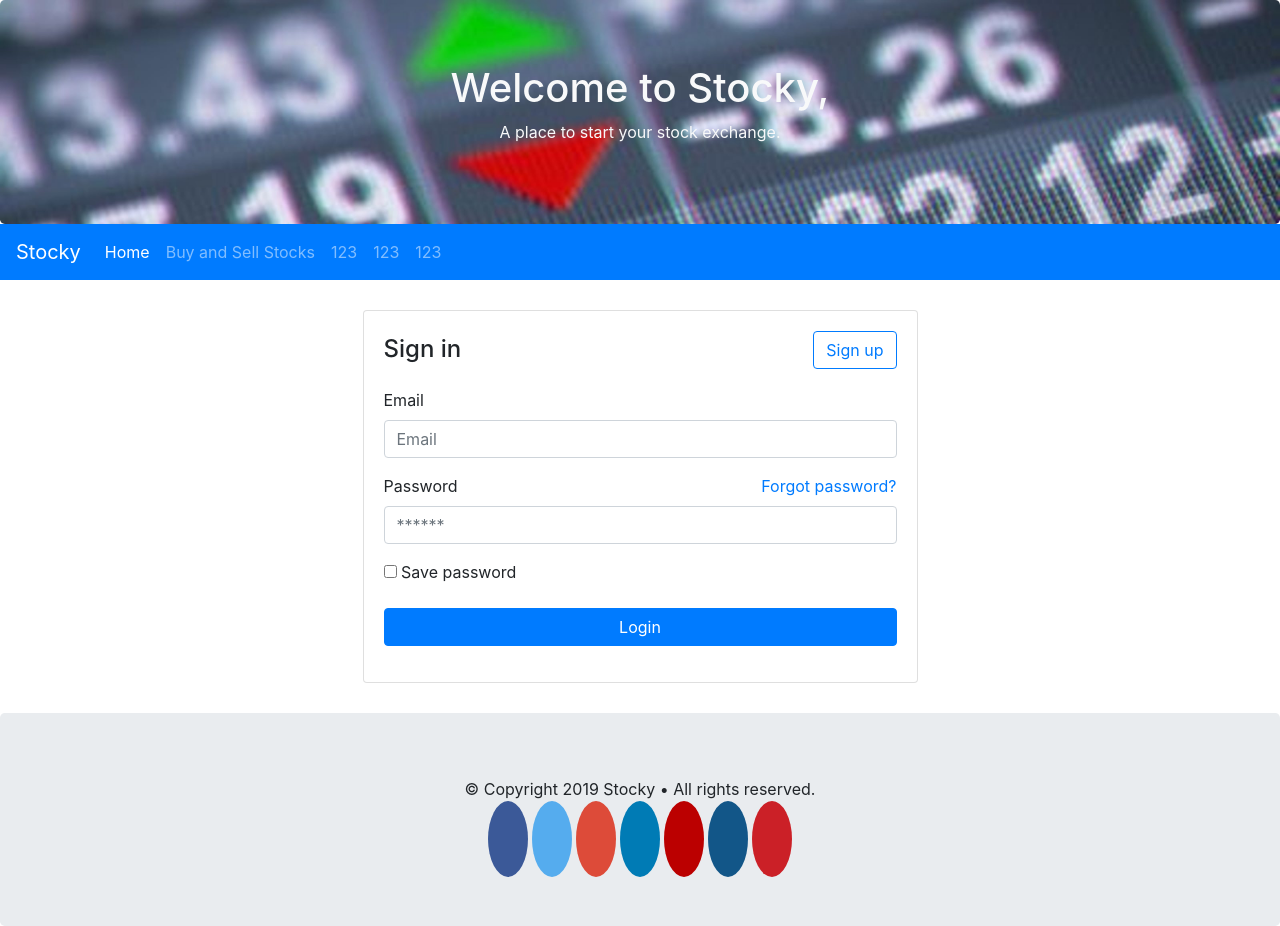
Repository: madfufuu/stocky
Page: http://localhost/stocky/
The author's editor kept a copy of each file at every save. The page is drawn from the files as they stood at one save, then again after the next save.
The browser window is 1280 px wide. The pictures show the whole page.
The page is served by Tomcat 9.

Above is the page before, as saved 2019-11-27 23:15:30.

After the next save:
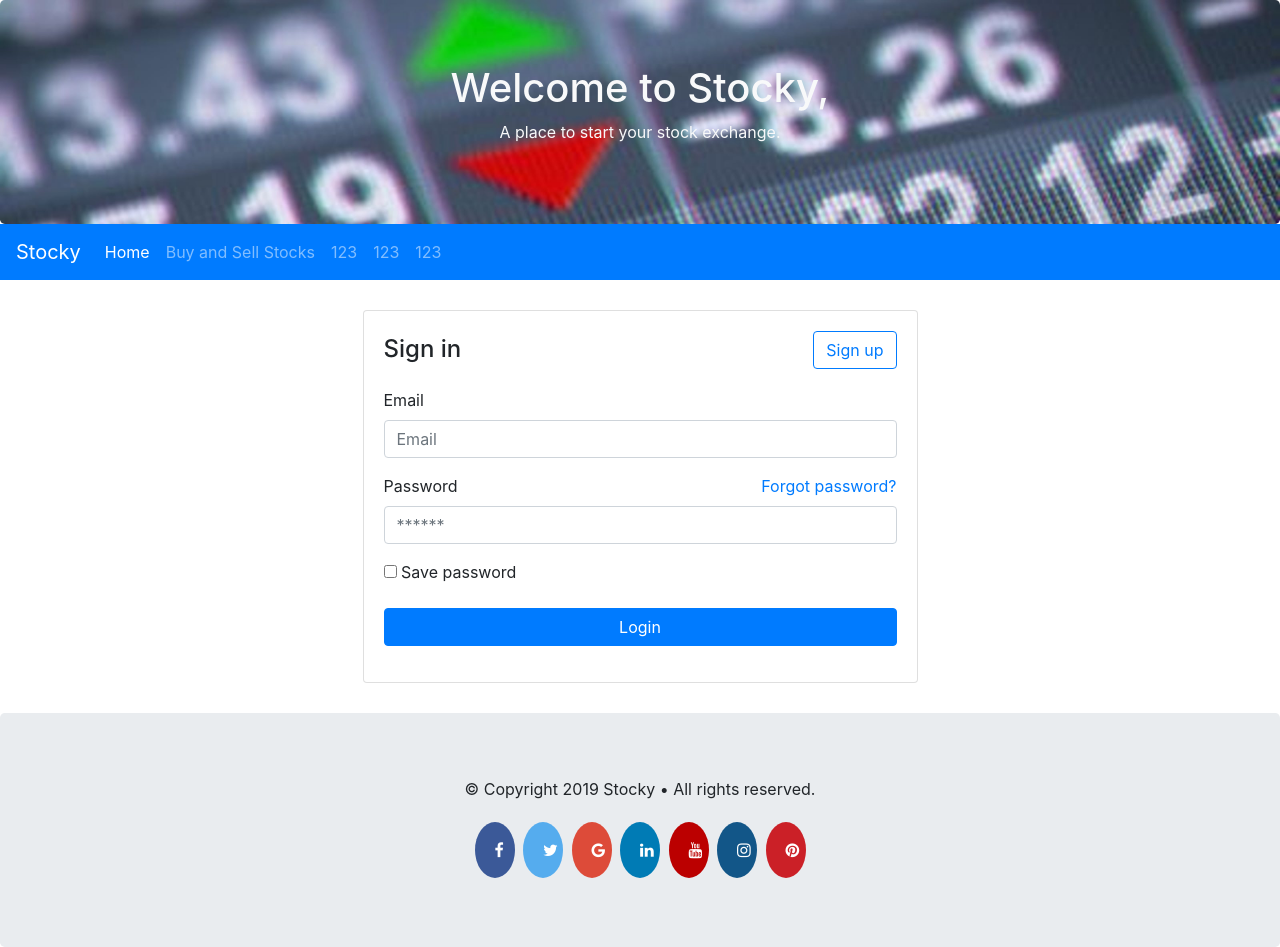
Saved 46 s later.
--- a/stocky-new-master/stocky/WebContent/index.jsp
+++ b/stocky-new-master/stocky/WebContent/index.jsp
@@ -10,6 +10,7 @@
 	<!-- Bootstrap CSS -->
 	<link rel="stylesheet" href="https://stackpath.bootstrapcdn.com/bootstrap/4.3.1/css/bootstrap.min.css" integrity="sha384-ggOyR0iXCbMQv3Xipma34MD+dH/1fQ784/j6cY/iJTQUOhcWr7x9JvoRxT2MZw1T" crossorigin="anonymous">
 	<link rel="stylesheet" type="text/css" href="./style.css">
+	<link rel="stylesheet" href="https://cdnjs.cloudflare.com/ajax/libs/font-awesome/4.7.0/css/font-awesome.min.css">
 
 	<title>Stocky</title>
 </head>
